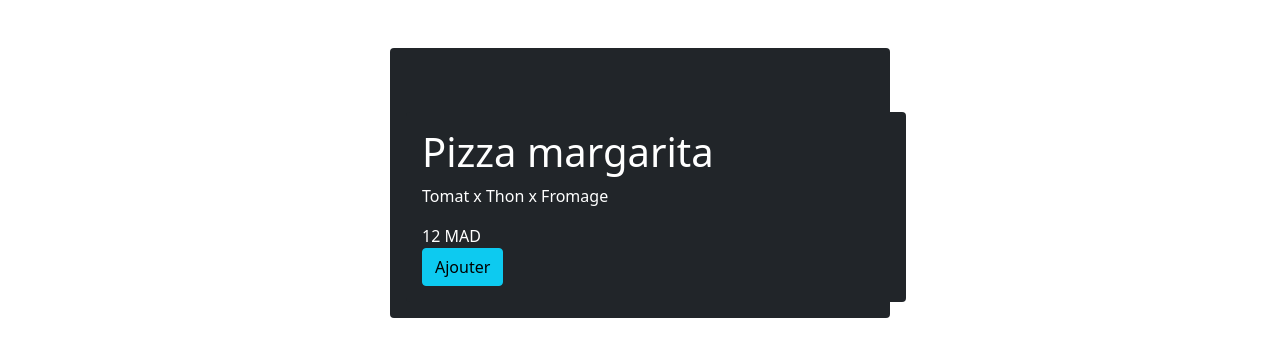
Repository: FS-23/my-restaurant
Page: /
These files come from the project's save history. The page is drawn as it stood at one moment and after the next save; the edit follows.
The browser window is 1280 px wide. The pictures show the whole page.
The project was rebuilt for these pictures with package versions that can differ from the ones it lists, and the page was loaded fresh each time.

Above is the page before, as saved 2022-04-29 13:43:25.

After the next save:
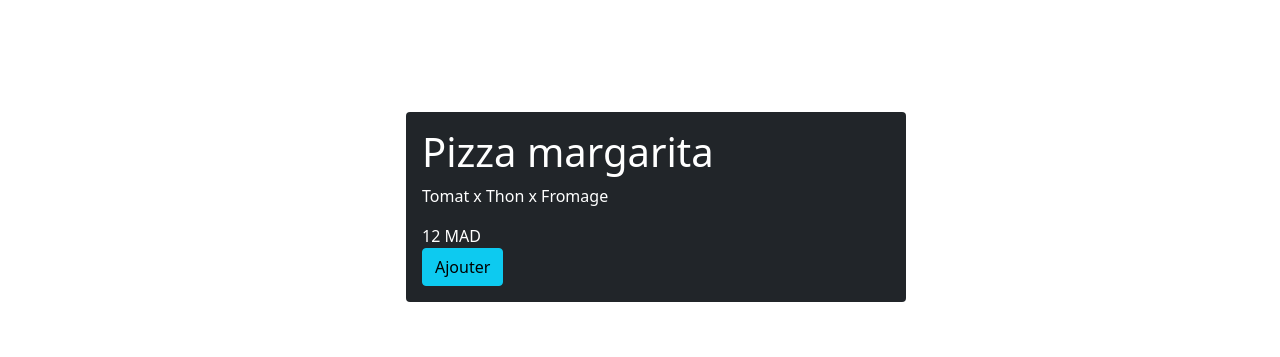
Saved 11 s later.
--- a/src/App.js
+++ b/src/App.js
@@ -6,7 +6,7 @@ function App() {
            <div className='position-absolute d-none top-0 w-100 h-100 bg-dark app-gradient-container'>
 
            </div>
-           <div className="bg-dark mt-5 p-3 rounded" style={{width:'500px' , margin: "auto"}}>
+           <div className="mt-5 p-3 rounded" style={{width:'500px' , margin: "auto"}}>
               <Menu />
            </div>
        </div>
